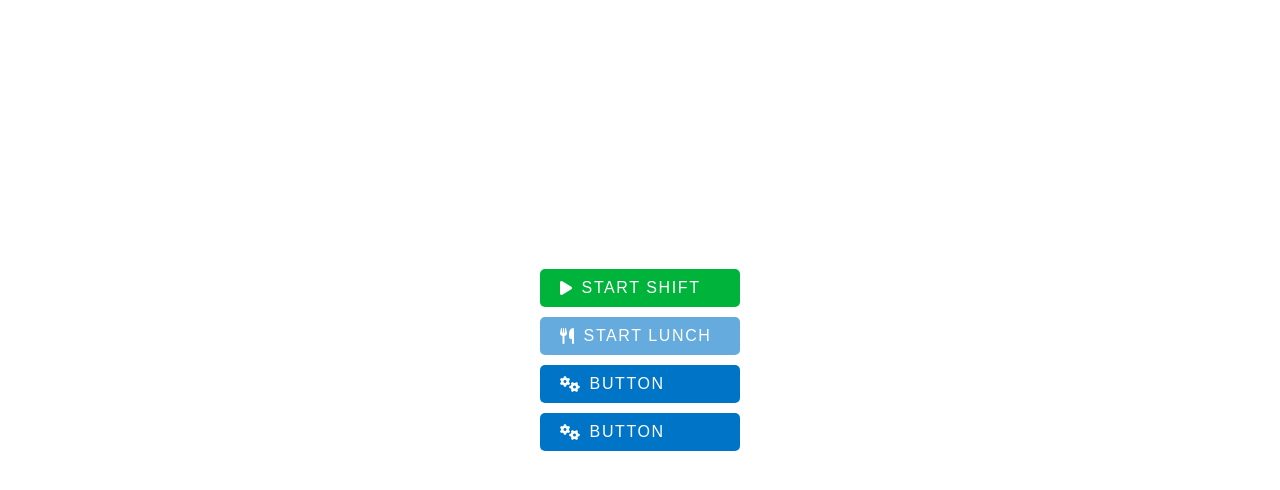
Repository: Philip-Rogers/button-state
Page: index.html
These files come from the project's save history. The page is drawn as it stood at one moment and after a run of saves; the edit follows.
The browser window is 1280 px wide. The pictures show the whole page.

Above is the page before, as saved 2024-08-15 00:27:36.

After the next 2 saves:
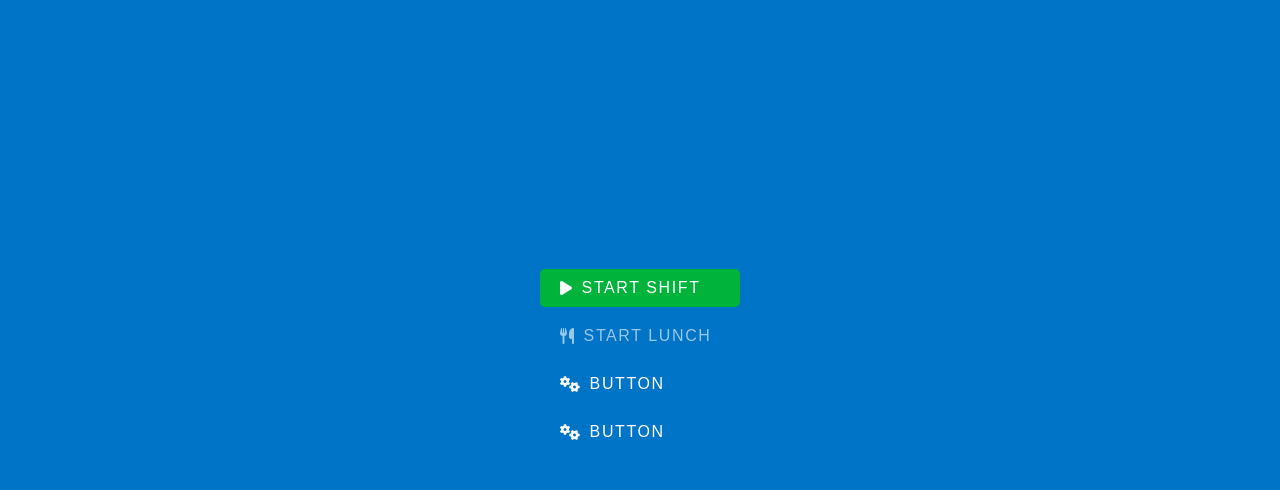
The 2 saves are shown as one change because they came seconds apart.
The last was saved 6 s later.
--- a/index.css
+++ b/index.css
@@ -15,7 +15,7 @@
 
 body {
     font-family: "Brandon Grotesque";
-    background-color: 'hsl(205, 100%, 39%)';
+    background-color: hsl(205, 100%, 39%);
     margin: 0;
     display: flex;
     justify-content: center;
